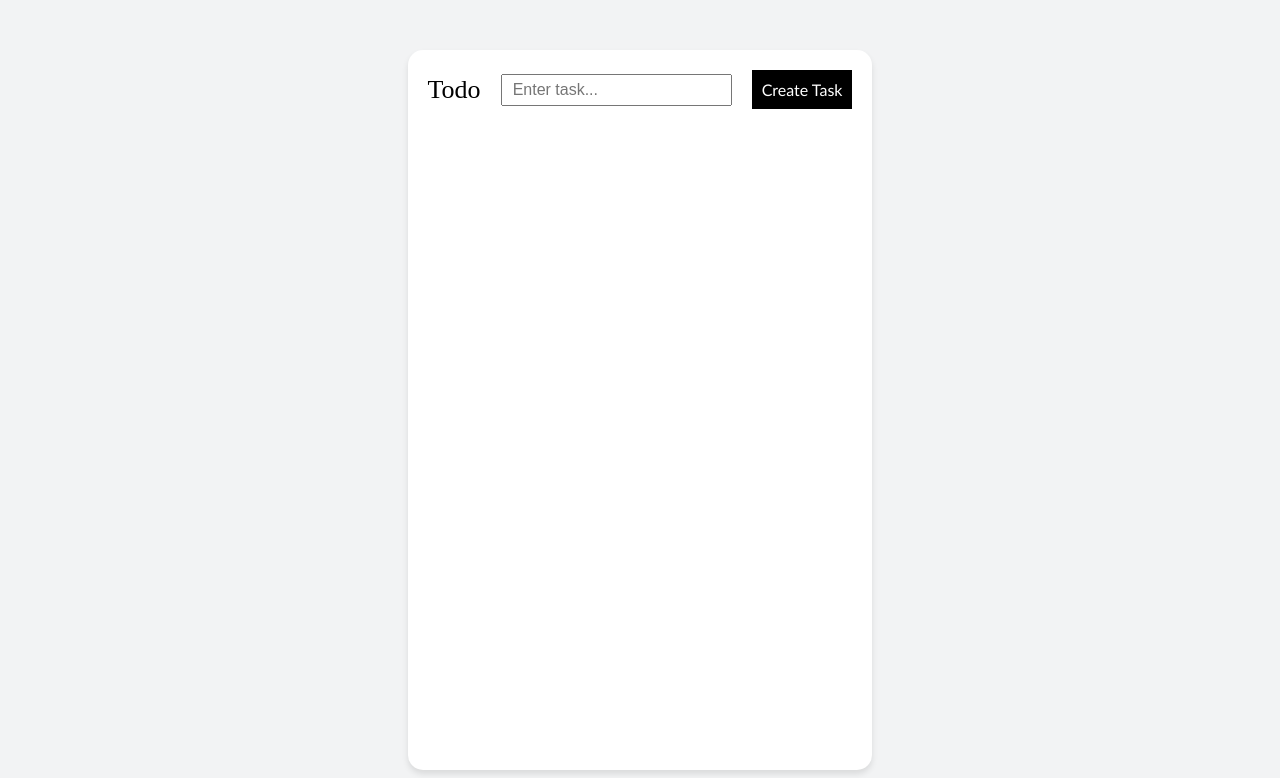
Repository: pawvan/todo_app
Page: markup/tod.html
These files come from the project's save history. The page is drawn as it stood at one moment and after a run of saves; the edit follows.
The browser window is 1280 px wide. The pictures show the whole page.

Above is the page before, as saved 2025-01-11 22:50:55.

After the next 2 saves:
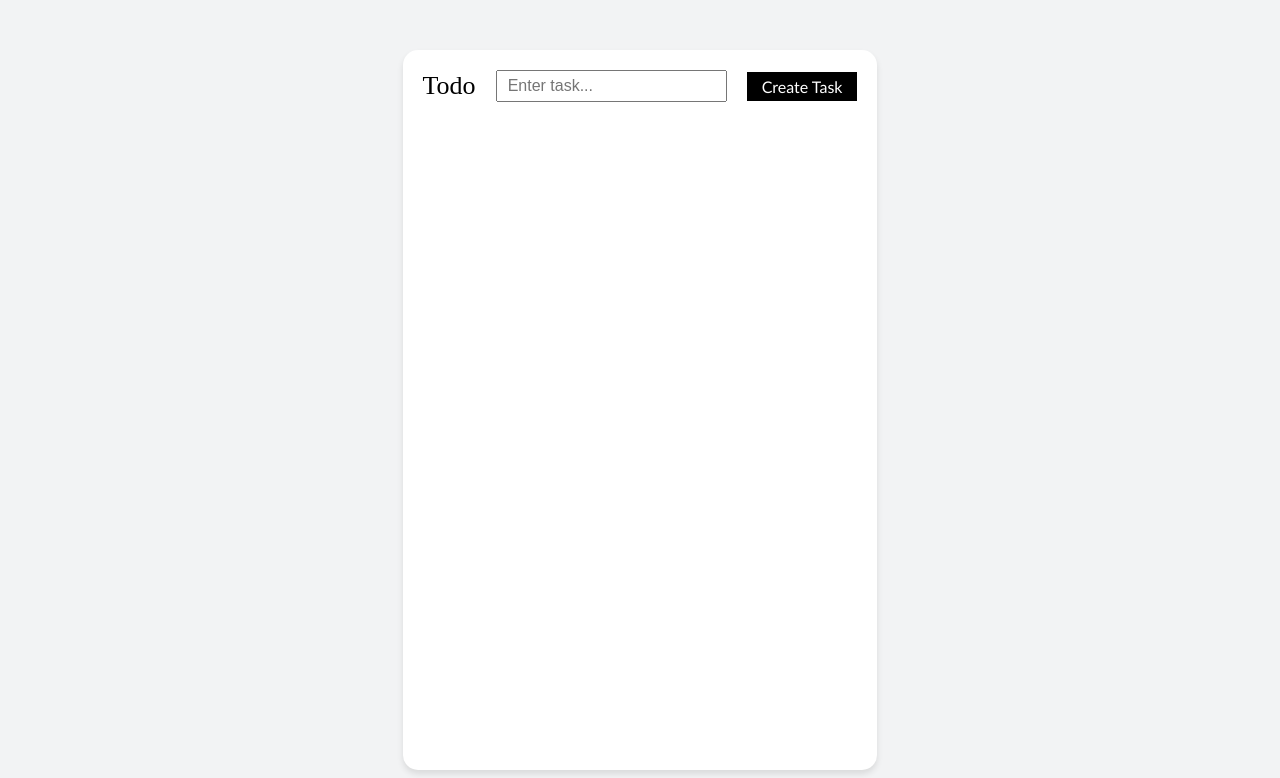
The 2 saves are shown as one change because they came seconds apart.
The last was saved 13 s later.
--- a/styles/todo.css
+++ b/styles/todo.css
@@ -35,7 +35,7 @@ body {
 }
 
 #add-button {
-    padding: 10px 10px;
+    padding: 5px 15px;
     font-size: 16px;
     background-color:#000000;
     color: white;
